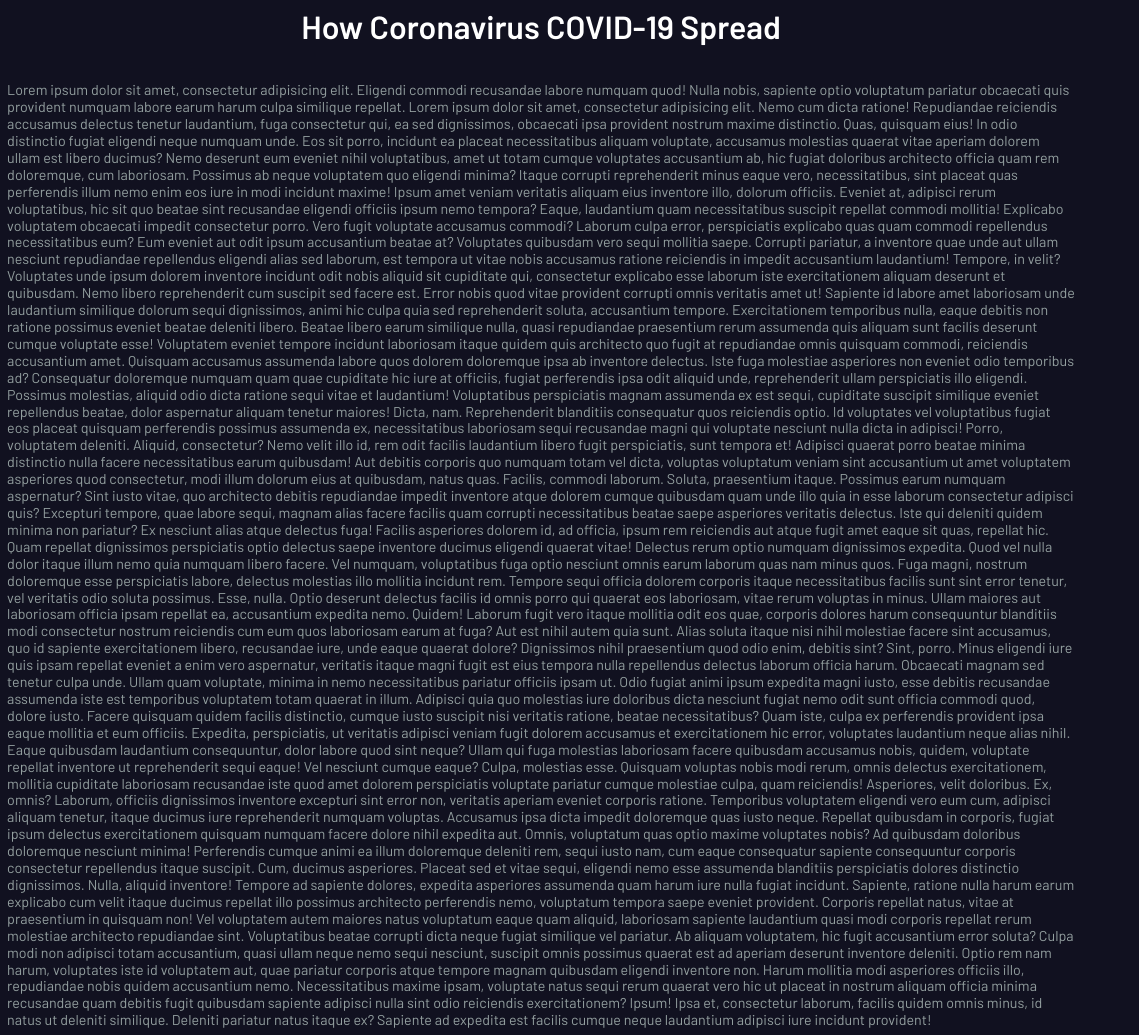
Repository: sitikhusushan/corona_updates
Page: single.html
These files come from the project's save history. The page is drawn as it stood at one moment and after the next save; the edit follows.
The browser window is 1280 px wide. The pictures show the whole page, at 89% of full size.

Above is the page before, as saved 2020-06-13 16:57:51.

After the next save:
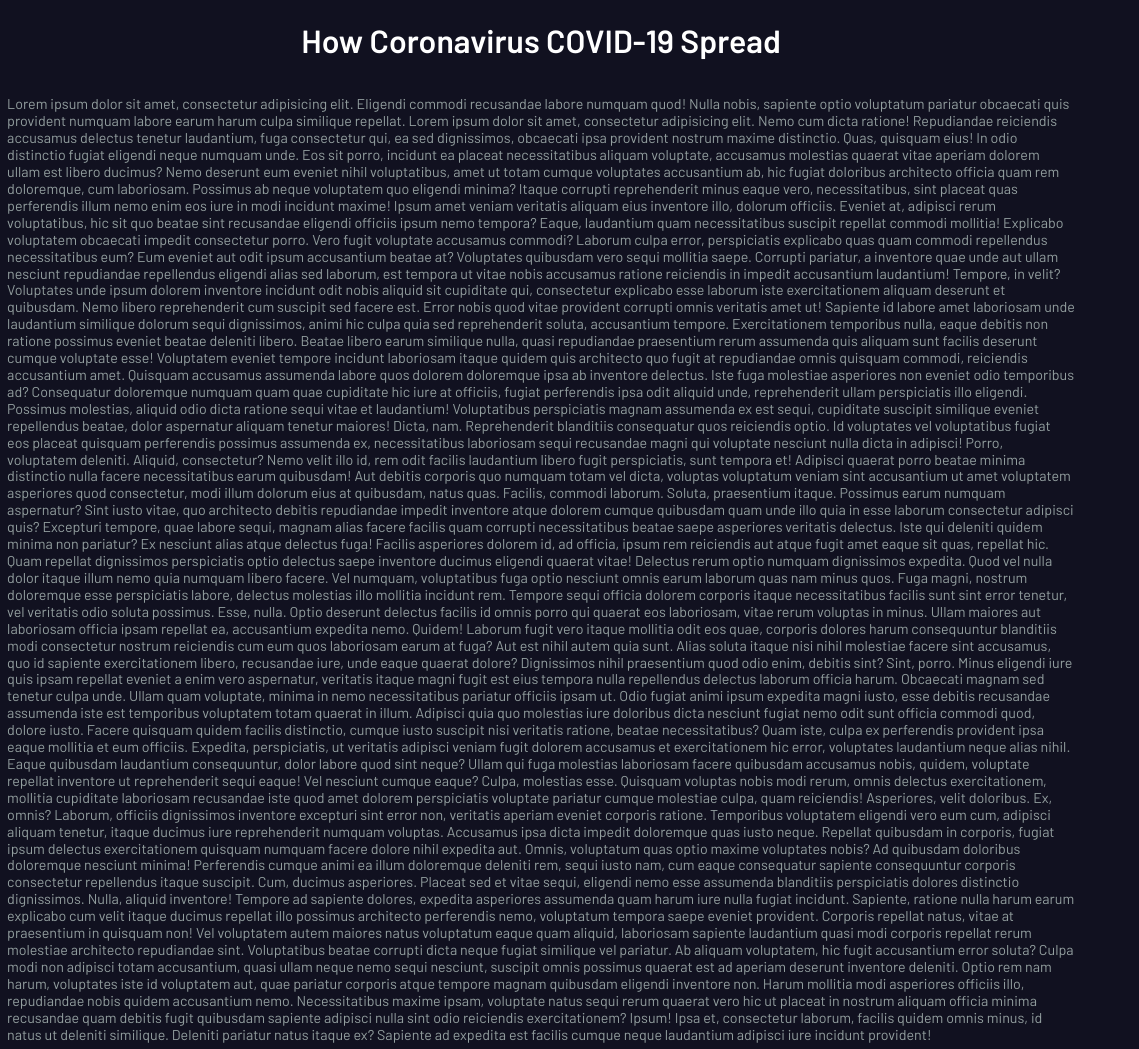
Saved 13 s later.
--- a/style.css
+++ b/style.css
@@ -318,19 +318,10 @@
 
 /* transmission of css starts from here */
 
-.main-title .title {
-    color: white;
-  font-size: 36px;
-  margin-bottom: 24px;
-  font-weight: 600;
+.both {
   margin: 0px 150px;
   padding: 0px 15px;
   text-align: center;
-}
-
-.main-title{
-  text-align:center;
-  margin-bottom: 40px;
 }
 
 /* .transmission .both p.subheading {
